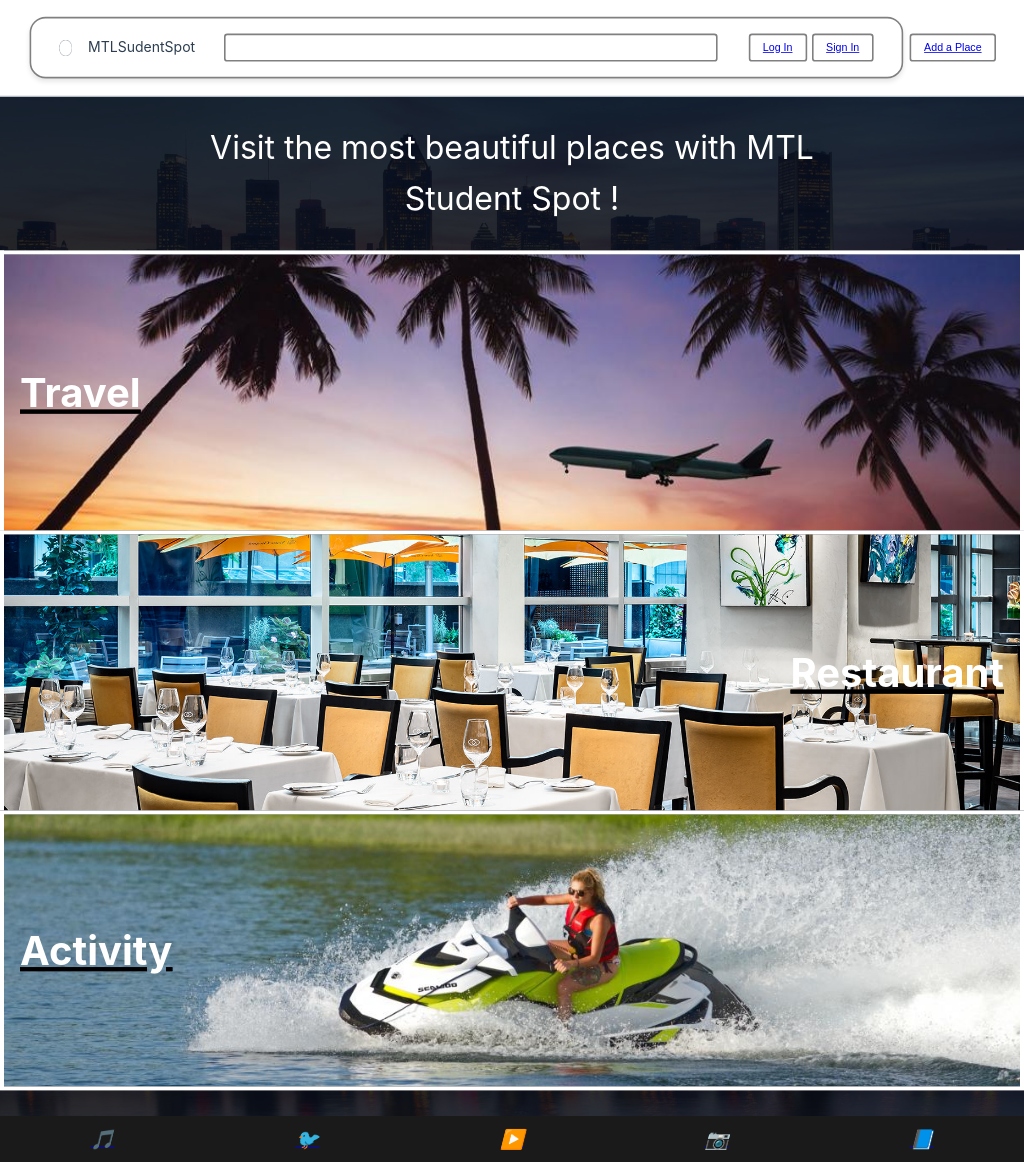
Repository: KevMn6ix/MOD8-2232-GRA-Damois-Leroi--Morant-Munto
Page: / (app in client/)
The author's editor kept a copy of each file at every save. The page is drawn from the files as they stood at one save, then again after the next save.
The browser window is 1280 px wide. The pictures show the whole page, at 80% of full size.
The project was rebuilt for these pictures with package versions that can differ from the ones it lists, and the page was loaded fresh each time. Also part of the build but not shown: client/vite.config.js, client/src/components/HelloWorld.vue, client/src/services/Api.js, client/src/services/AuthentificationService.js, client/src/components/Login.vue, client/src/views/LoginPage.vue, client/src/components/PlaceItem.vue, client/src/components/PlaceList.vue.

Above is the page before, as saved 2023-10-18 13:32:16.

After the next save:
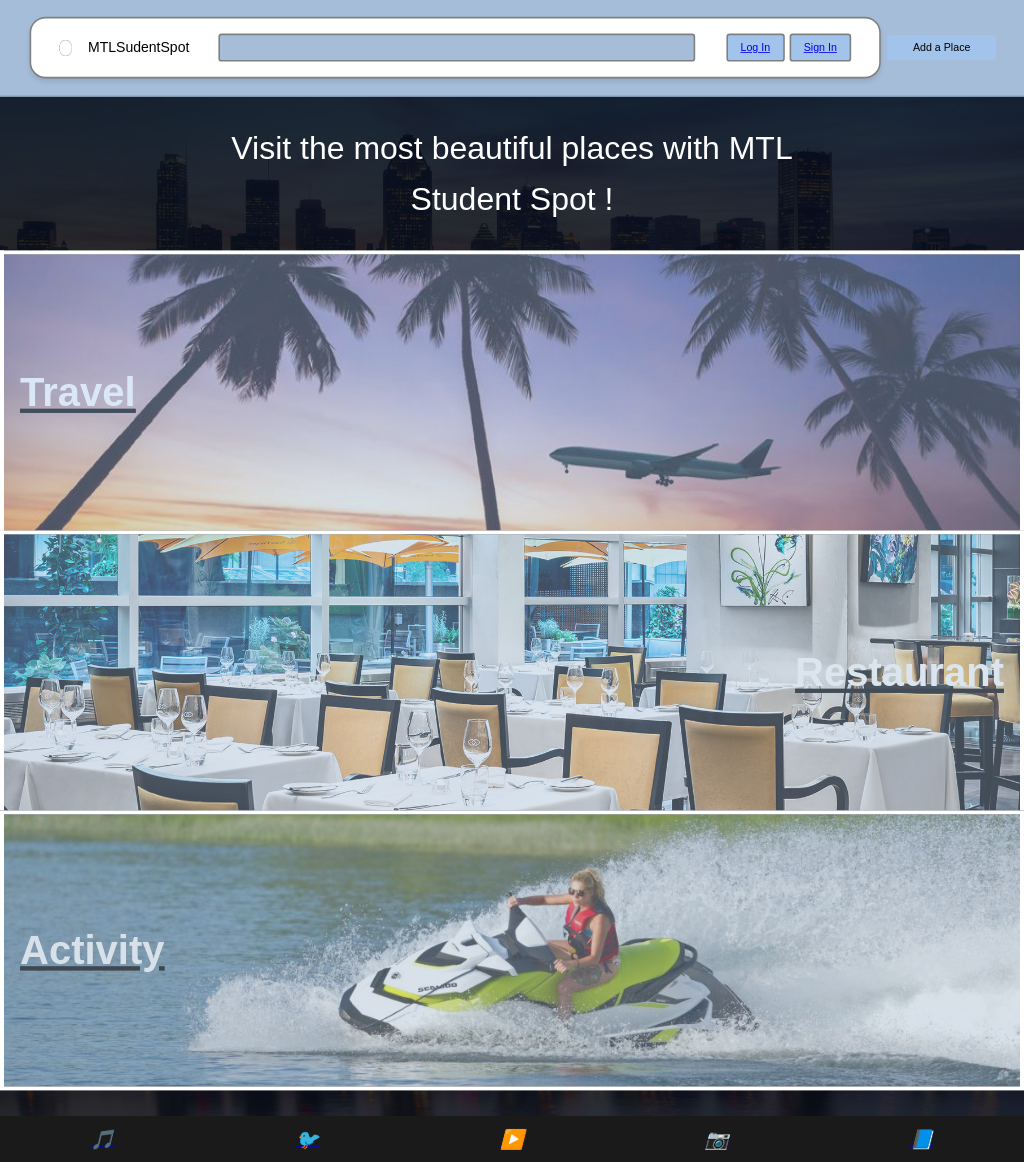
Saved 2 min 32 s later.
--- a/client/src/views/HomeView.vue
+++ b/client/src/views/HomeView.vue
@@ -51,7 +51,7 @@
   </footer>
 
 </template>
-<style scoped>
+<style >
 body, html {
     font-family: Arial, sans-serif;
     margin: 0;

After the save that followed:
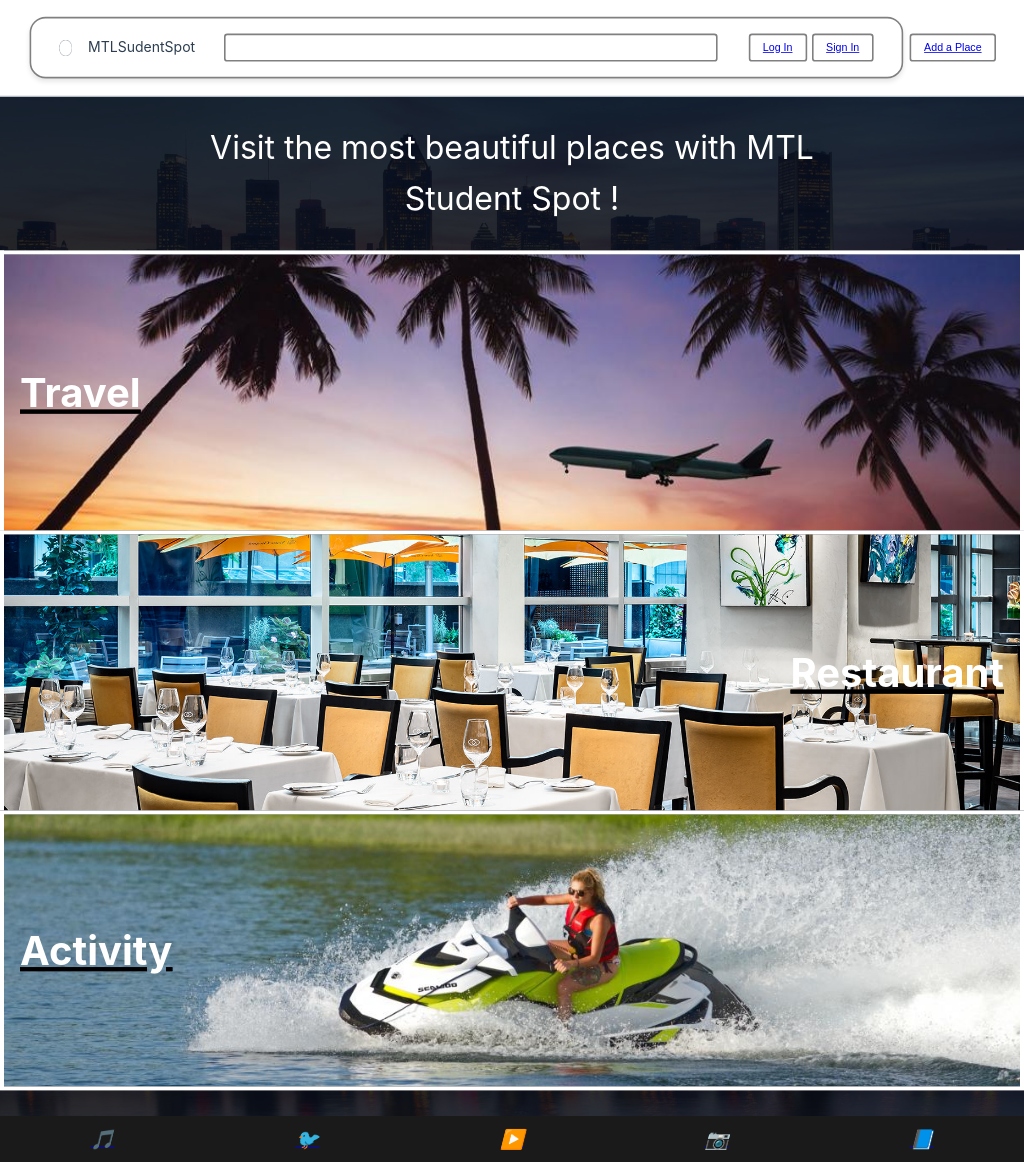
Saved 14 s later.
--- a/client/src/views/HomeView.vue
+++ b/client/src/views/HomeView.vue
@@ -51,7 +51,7 @@
   </footer>
 
 </template>
-<style >
+<style scoped>
 body, html {
     font-family: Arial, sans-serif;
     margin: 0;
